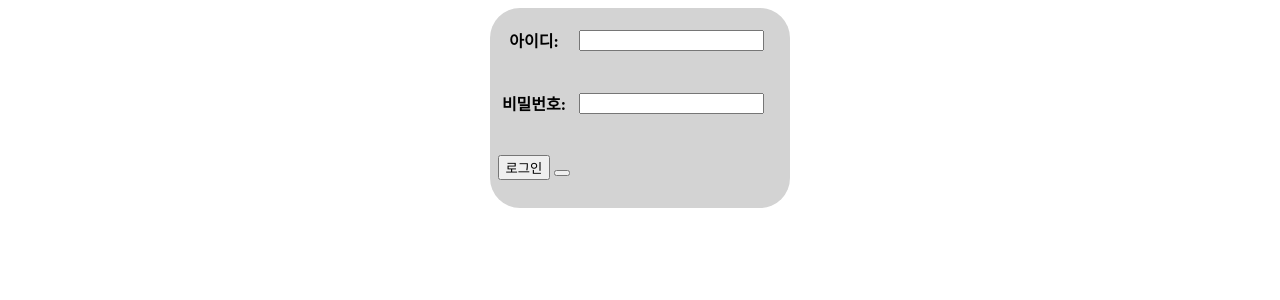
Repository: namubal78/practice-workspace
Page: http://localhost/Practice/
These files come from the project's save history. The page is drawn as it stood at one moment and after the next save; the edit follows.
The browser window is 1280 px wide. The pictures show the whole page.
The page is served by Tomcat 9. Nobody is signed in. The application's start-up code is not run. Other server files are loaded and not shown.

Above is the page before, as saved 2023-03-03 09:00:00.

### Practice/src/main/webapp/index.jsp
<%@ page language="java" contentType="text/html; charset=utf-8"
    pageEncoding="utf-8" import="com.gasystem.practice.member.model.vo.Member"%>
<%@ taglib prefix="c" uri="http://java.sun.com/jsp/jstl/core" %>
<%

	Member loginUser = (Member)session.getAttribute("loginUser");
	String alertMsg = (String)session.getAttribute("alertMsg");

%>
<!DOCTYPE html>
<html lang="en">
<head>
    <meta charset="UTF-8">
    <meta http-equiv="X-UA-Compatible" content="IE=edge">
    <meta name="viewport" content="width=device-width, initial-scale=1.0">
    <title>Document</title>
    <style>

        div{
            box-sizing: border-box;
            /* border: 1px solid black; */
        }

        #loginBox {
			background-color: lightgray;
			border-radius: 30px;
			width: 300px;
			height: 200px;
			margin: auto;
        }

		.loginTable {
			margin-left: auto;
			margin-right: auto;
			margin-top: auto;
			margin-bottom: auto;
			width: 300px;
			height: 200px;
		}

    </style>
    <script src="https://ajax.googleapis.com/ajax/libs/jquery/3.5.1/jquery.min.js"></script>
</head>
<body>

    <div id="loginBox">

		<% if(loginUser == null) { %>
	        <form action="login.me" method="post">

				<table class="loginTable">
	                <tr>
	                    <th>아이디: </th>
	                    <td><input type="text" name="memberId" required></td>
	                </tr>
	                <tr>
	                    <th>비밀번호: </th>
	                    <td><input type="password" name="memberPwd" required></td>
	                </tr>
	                <tr>
	                    <th>
	                        <button type="submit">로그인</button>
	                        <button onclick="location.href='joinForm.me'"></button>
	                    </th>
	                </tr>
	                <tr>
	                	<th colspan="2">
	                		<c:if test="${empty alertMsg}">
	                			<c:out value="" />
	                		</c:if>
	                		<c:if test="${not empty alertMsg}">
	                			<c:out value="${alertMsg }" />
	                		</c:if>
	                	</th>
	                </tr>
	            </table>


	        </form>
        <% } else { %>

        <div>
			<table class="loginTable">
        		<tr>
        			<th><p><%= alertMsg %></p></th>
        		</tr>
        		<tr>
        			<th><p><%= loginUser.getMemberName()%>님</p></th>
        		</tr>
        		<tr>
        			<th><a href="logout.me">로그아웃</a></th>
        		</tr>
        	</table>
        </div>

        <% } %>

    </div>

</body>
</html>

After the next save:
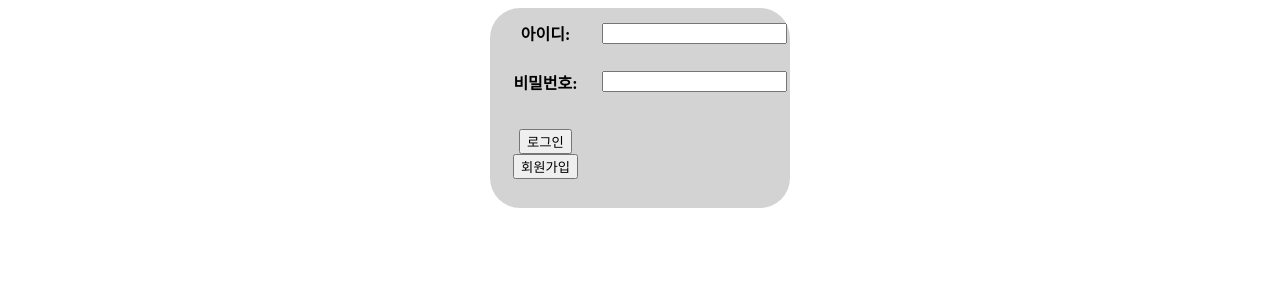
Saved 29 s later.
--- a/Practice/src/main/webapp/index.jsp
+++ b/Practice/src/main/webapp/index.jsp
@@ -60,7 +60,7 @@
 	                <tr>
 	                    <th>
 	                        <button type="submit">로그인</button>
-	                        <button onclick="location.href='joinForm.me'"></button>
+	                        <button onclick="location.href='joinForm.me'">회원가입</button>
 	                    </th>
 	                </tr>
 	                <tr>
